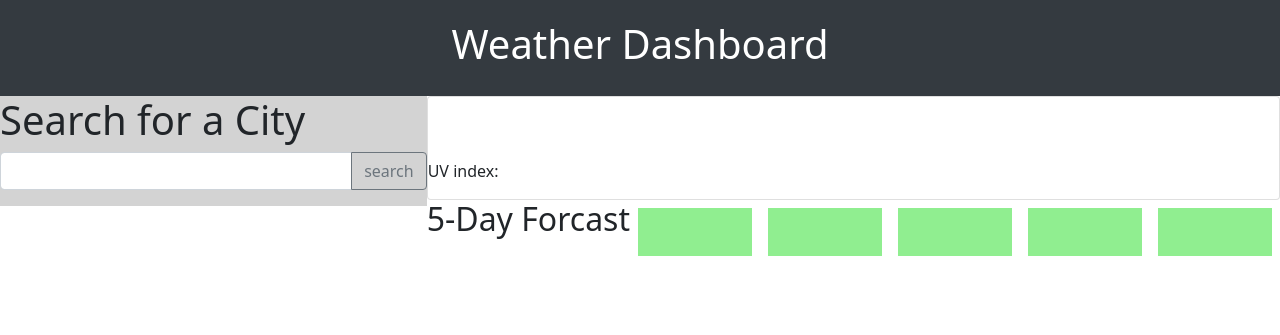
Repository: ziffoit/Weather_Dashboard
Page: index.html
An editor plug-in stored every save of this project. The page is shown before and after the next save, followed by the edit.
The browser window is 1280 px wide. The pictures show the whole page.

Above is the page before, as saved 2021-03-27 18:34:51.
Console error: SyntaxError: Unexpected identifier 'name'

### index.html
<!DOCTYPE html>
<html lang="en">
  <head>
    <meta charset="UTF-8" />
    <meta name="viewport" content="width=device-width, initial-scale=1.0" />
    <link
      href="https://cdn.jsdelivr.net/npm/bootstrap@5.0.0-beta3/dist/css/bootstrap.min.css"
      rel="stylesheet"
      integrity="sha384-eOJMYsd53ii+scO/bJGFsiCZc+5NDVN2yr8+0RDqr0Ql0h+rP48ckxlpbzKgwra6"
      crossorigin="anonymous"
    />
    <link rel="stylesheet" href="./Assets/style.css" />
    <title>Document</title>
  </head>
  <body>
    <header id="header">
      <h1>Weather Dashboard</h1>
    </header>
    <aside class="col-md-4">
      <h1>Search for a City</h1>
      <div class="input-group mb-3">
        <input type="text" class="form-control" id="cityName" />
        <button class="btn btn-outline-secondary" id="search">search</button>
      </div>
      <div></div>
    </aside>
    <section class="col-lg-8" id="main">
      <div class="card">
        <h2>
          <span id="nameDate"></span>
          <img id="weatherIcon" />
        </h2>
        <div class="">
          <p id="temp"></p>
          <p id="humidity"></p>
          <p id="windSpeed"></p>
          <p>
            UV index:
            <span id="uv"></span>
          </p>
        </div>
      </div>
      <section class="row-col-5 d-flex flex-row">
        <h2>5-Day Forcast</h2>
        <div class="card-body">
          <p id="date1"></p>
          <p id="icon1"></p>
          <p id="temp1"></p>
          <p id="humidity1"></p>
        </div>
        <div class="card-body">
          <p id="date2"></p>
          <p id="icon2"></p>
          <p id="temp2"></p>
          <p id="humidity2"></p>
        </div>
        <div class="card-body">
          <p id="date3"></p>
          <p id="icon3"></p>
          <p id="temp3"></p>
          <p id="humidity3"></p>
        </div>
        <div class="card-body">
          <p id="date4"></p>
          <p id="icon4"></p>
          <p id="temp4"></p>
          <p id="humidity4"></p>
        </div>
        <div class="card-body">
          <p id="date5"></p>
          <p id="icon5"></p>
          <p id="temp5"></p>
          <p id="humidity5"></p>
        </div>
      </section>
    </section>
    <script src="https://code.jquery.com/jquery-3.6.0.min.js"></script>
    <script src="./Assets/script.js"></script>
  </body>
</html>

### Assets/style.css
#header {
  text-align: center;
  background-color: #343a40;
  padding: 20px;
}

header > h1 {
  color: white;
}

aside {
  background-color: lightgray;
  float: left;
}

#main {
  float: right;
}

.card-body {
  background-color: lightgreen;
  margin: 8px;
}

### Assets/script.js
var apiKey = "665b0a1eacab2f0c5a8cae8e0d5d8de0"

$("#search").on("click", function() {
    var cityName = $("#cityName").val()
    console.log(cityName)
    todaysWeather(cityName)
})

function todaysWeather(cityName) {
    console.log(cityName)
    //  `${var}` instead of + for concat
    fetch(`http://api.openweathermap.org/data/2.5/weather?q=${cityName}&appid=${apiKey}&units=imperial`)
    .then(function(response) {
        return response.json()
    })
    .then(function(data) {
        console.log(data)
        var nameDate = $("#nameDate")
        // adding date in javascript
        nameDate.append(`${data.name} ${new Date().toLocaleDateString()}`)
        var temp = $("#temp")
        temp.append(`Temperature: ${data.main.temp.toString().slice(0,2)}°F`)
        var humidity = $("#humidity")
        humidity.append(`Humidity: ${data.main.humidity}%`)
        var windSpeed = $("#windSpeed")
        windSpeed.append(`Wind Speed: ${data.wind.speed.toString().slice(0,3)}`)
    })
}
// 5 day forcast
api.openweathermap.org/data/2.5/forecast?q={city name}&appid={API key}

After the next save:
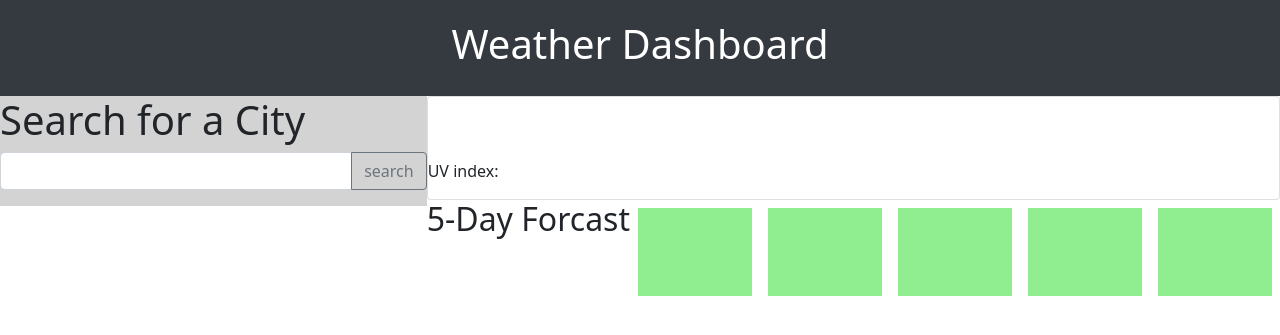
Saved 6 min 0 s later.
--- a/index.html
+++ b/index.html
@@ -44,31 +44,31 @@
         <h2>5-Day Forcast</h2>
         <div class="card-body">
           <p id="date1"></p>
-          <p id="icon1"></p>
+          <img id="icon1" />
           <p id="temp1"></p>
           <p id="humidity1"></p>
         </div>
         <div class="card-body">
           <p id="date2"></p>
-          <p id="icon2"></p>
+          <img id="icon2" />
           <p id="temp2"></p>
           <p id="humidity2"></p>
         </div>
         <div class="card-body">
           <p id="date3"></p>
-          <p id="icon3"></p>
+          <img id="icon3" />
           <p id="temp3"></p>
           <p id="humidity3"></p>
         </div>
         <div class="card-body">
           <p id="date4"></p>
-          <p id="icon4"></p>
+          <img id="icon4" />
           <p id="temp4"></p>
           <p id="humidity4"></p>
         </div>
         <div class="card-body">
           <p id="date5"></p>
-          <p id="icon5"></p>
+          <img id="icon5" />
           <p id="temp5"></p>
           <p id="humidity5"></p>
         </div>
